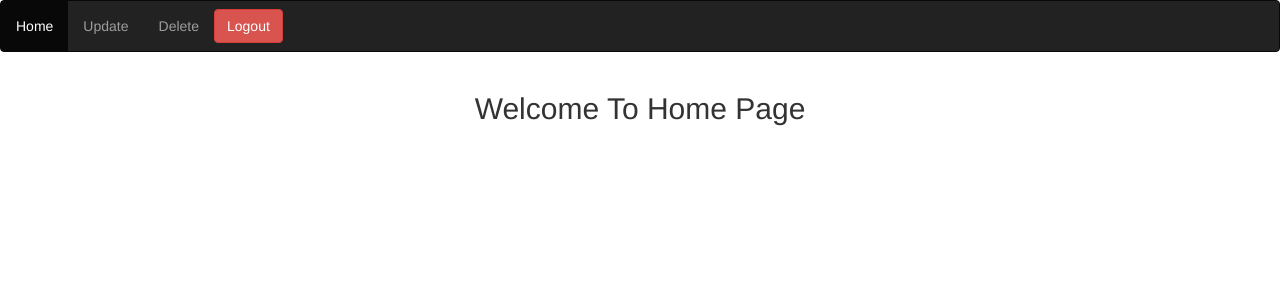
Repository: AvantiKopulwar/Task-Workspace
Page: http://localhost/AdminStudentLogin/homePage.jsp
The author's editor kept a copy of each file at every save. The page is drawn from the files as they stood at one save, then again after the next save.
The browser window is 1280 px wide. The pictures show the whole page.
The page is served by Tomcat 9. Nobody is signed in. The application's start-up code is not run. Other server files are loaded and not shown.

Above is the page before, as saved 2018-10-01 13:40:16.

### AdminStudentLogin/WebContent/homePage.jsp
<%@ page language="java" contentType="text/html; charset=ISO-8859-1"
    pageEncoding="ISO-8859-1"%>
<!DOCTYPE html>
<html lang="en">
<head>
  <title>Bootstrap Example</title>
  <meta charset="utf-8">
  <meta name="viewport" content="width=device-width, initial-scale=1">
  <link rel="stylesheet" href="https://maxcdn.bootstrapcdn.com/bootstrap/3.3.7/css/bootstrap.min.css">
  <script src="https://ajax.googleapis.com/ajax/libs/jquery/3.3.1/jquery.min.js"></script>
  <script src="https://maxcdn.bootstrapcdn.com/bootstrap/3.3.7/js/bootstrap.min.js"></script>
</head>
<body>

<nav class="navbar navbar-inverse">
  <!-- <div class="container-fluid">
    <div class="navbar-header">
      <a class="navbar-brand" href="#">WebSiteName</a>
    </div> -->
    <ul class="nav navbar-nav">
      <li class="active"><a href="#">Home</a></li>
      <li><a href="#">Update</a></li>
      <li><a href="#">Delete</a></li>
    </ul>
    <button class="btn btn-danger navbar-btn">Logout</button>
  </div>
</nav>

<div class="container">
  <h2 align="center">Welcome To Home Page</h4>
</div>

</body>
</html>

After the next save:
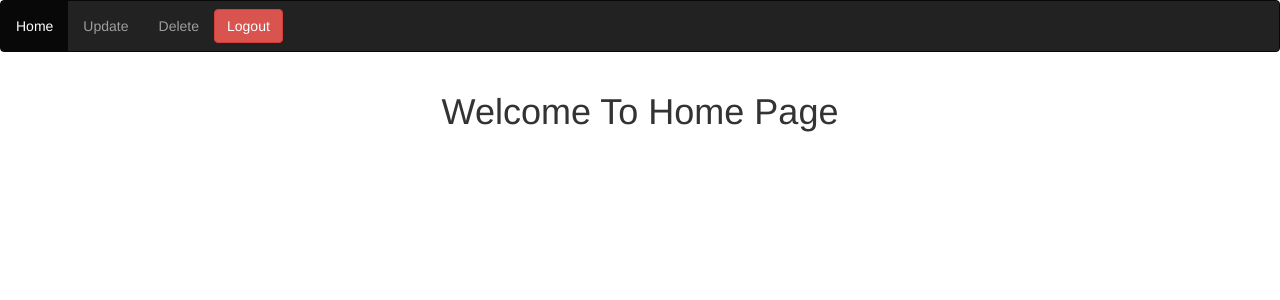
Saved 18 s later.
--- a/AdminStudentLogin/WebContent/homePage.jsp
+++ b/AdminStudentLogin/WebContent/homePage.jsp
@@ -27,7 +27,7 @@
 </nav>
 
 <div class="container">
-  <h2 align="center">Welcome To Home Page</h4>
+  <h1 align="center">Welcome To Home Page</h1>
 </div>
 
 </body>
